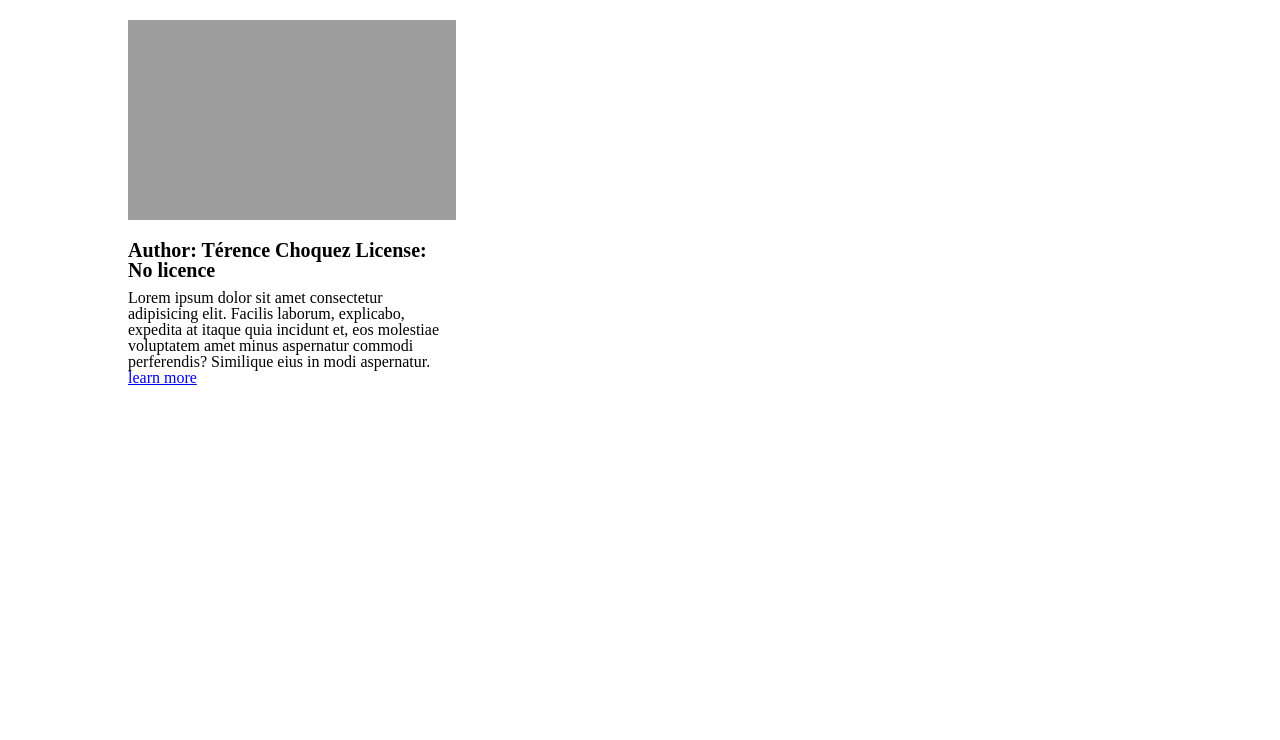
Repository: dinhhaidh/subgrid
Page: index.html
The author's editor kept a copy of each file at every save. The page is drawn from the files as they stood at one save, then again after a run of saves.
The browser window is 1280 px wide. The pictures show the whole page.
Pictures or frames that could not be fetched are drawn as grey boxes.

Above is the page before, as saved 2024-01-08 15:23:37.

### index.html
<!DOCTYPE html>
<html lang="en">
<head>
    <meta charset="UTF-8">
    <meta name="viewport" content="width=device-width, initial-scale=1.0">
    <title>Document</title>
    <link rel="stylesheet" href="style.css">
</head>
<body>
    <div class="card-list">
        <div class="card">
            <div class="card-image">
                <img src="https://images.unsplash.com/photo-1506946526854-9aad1ec915cb?q=80&w=1887&auto=format&fit=crop&ixlib=rb-4.0.3&ixid=M3wxMjA3fDB8MHxwaG90by1wYWdlfHx8fGVufDB8fHx8fA%3D%3D" alt="">
            </div>
            <h3 class="card-title">Author: Térence Choquez License: No licence</h3>
            <p class="card-desc">Lorem ipsum dolor sit amet consectetur adipisicing elit. Facilis laborum, explicabo, expedita at itaque quia incidunt et, eos molestiae voluptatem amet minus aspernatur commodi perferendis? Similique eius in modi aspernatur.
            </p>
            <a href="#" class="card-more">learn more</a>
        </div>
    </div>
</body>
</html>

### style.css
*,
*:before,
*:after {
  box-sizing: border-box;
}
* {
  margin: 0;
  padding: 0;
  font: inherit;
}
img,
picture,
svg,
video {
  display: block;
  max-width: 100%;
}
input,
select,
textarea {
  background-color: transparent;
  outline: none;
}
button {
  cursor: pointer;
  background-color: transparent;
  outline: none;
  border: 0;
}
body {
  min-height: 100vh;
  font-weight: 400;
  font-size: 16px;
  line-height: 1;
}
.card-list{
    display: grid;
    grid-template-columns: repeat(3, minmax(0, 1fr));
    gap: 20px;
    max-width: 1024px;
    margin: 20px auto;
}
.card-image{
    height: 200px;
    margin-bottom: 20px;
}
.card-image img {
    width: 100%;
    height: 100%;
    object-fit: cover;
}
.card-title{
    font-size: 20px;
    font-weight: 600;
    margin-bottom: 10px;
    margin-top: 10px;
}
.car-

After the next 2 saves:
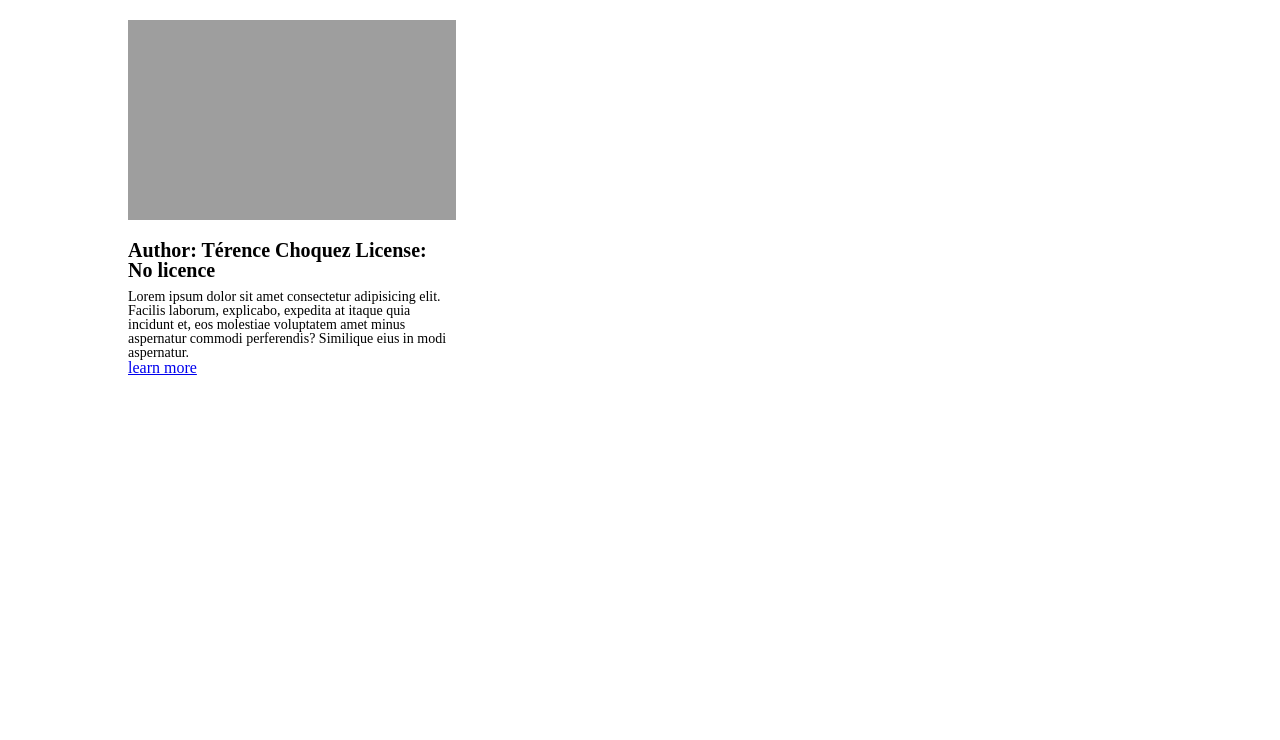
The 2 saves are shown as one change because they came seconds apart.
The last was saved 7 s later.
--- a/style.css
+++ b/style.css
@@ -55,4 +55,7 @@ body {
     margin-bottom: 10px;
     margin-top: 10px;
 }
-.car-
+.card-desc{
+    font-size: 14px;
+
+}
